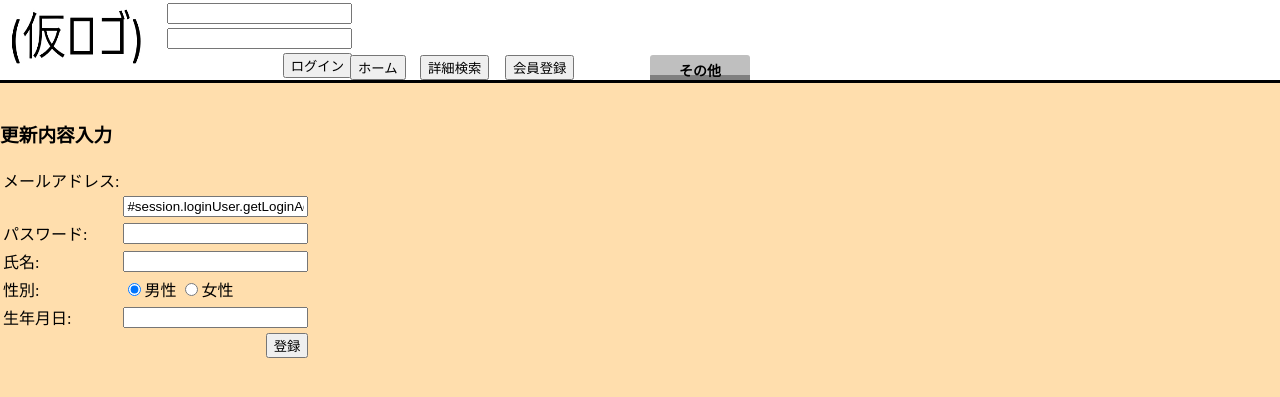
Repository: k0816/backup-master
Page: http://localhost/cycle/userInfoEdit.jsp
The author's editor kept a copy of each file at every save. The page is drawn from the files as they stood at one save, then again after the next save.
The browser window is 1280 px wide. The pictures show the whole page.
The page is served by Tomcat 9.

Above is the page before, as saved 2018-01-22 02:22:29.

After the next save:
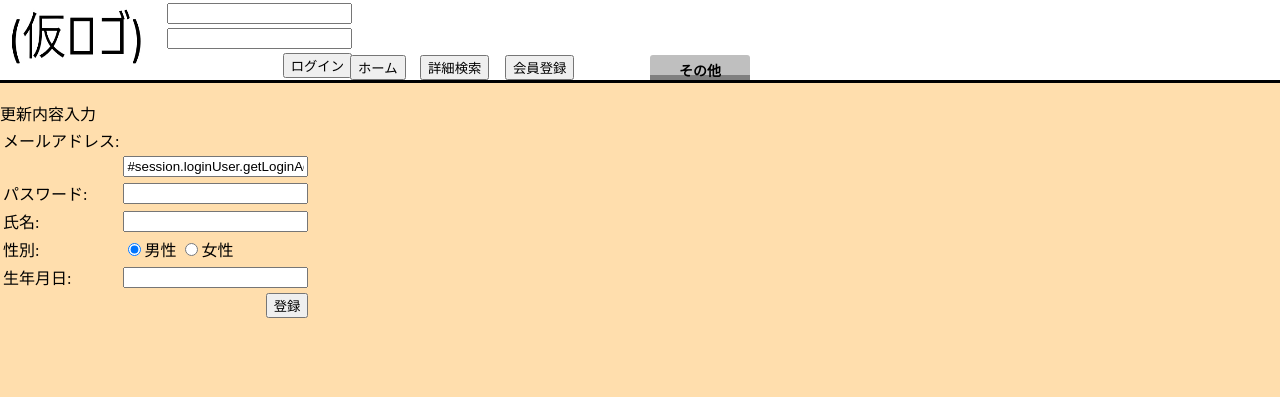
Saved 5 min 33 s later.
--- a/cycle/WebContent/userInfoEdit.jsp
+++ b/cycle/WebContent/userInfoEdit.jsp
@@ -11,6 +11,9 @@
 <body>
 <jsp:include page="/include.jsp" flush="true" />
 
+
+<S:property value="#session.loginUser.getLoginAddress()"
+
 <h3>更新内容入力</h3>
 		<div>
 			<s:if test="errorMassage != ''">
@@ -21,6 +24,7 @@
 					<tr>
 						<td><label>メールアドレス:</label></td>
 						<td><s:textfield name="loginAddress" value="#session.loginUser.getLoginAddress()" /></td>
+						<s:property value="#session.loginUser.getUserId()" />
 					</tr>
 					<tr>
 						<td><label>パスワード:</label></td>

After the save that followed:
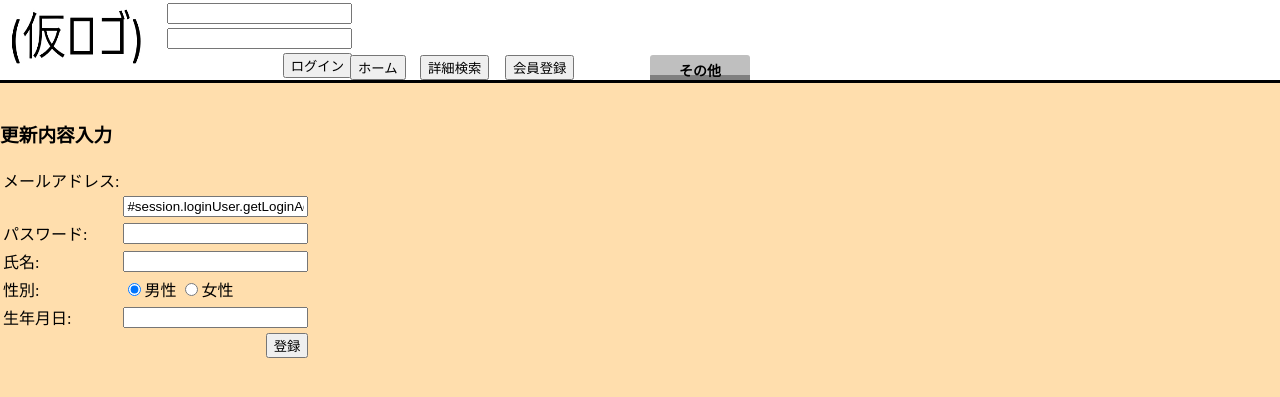
Saved 15 s later.
--- a/cycle/WebContent/userInfoEdit.jsp
+++ b/cycle/WebContent/userInfoEdit.jsp
@@ -12,7 +12,7 @@
 <jsp:include page="/include.jsp" flush="true" />
 
 
-<S:property value="#session.loginUser.getLoginAddress()"
+<S:property value="#session.loginUser.getLoginAddress()" />
 
 <h3>更新内容入力</h3>
 		<div>
